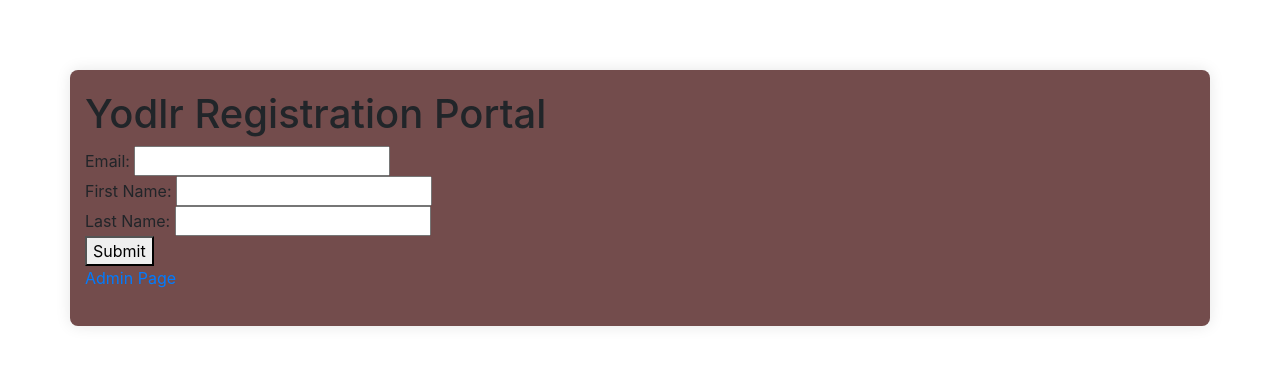
Repository: rmdayberry/yodlr-take-home
Page: public/signup.html
These files come from the project's save history. The page is drawn as it stood at one moment and after the next save; the edit follows.
The browser window is 1280 px wide. The pictures show the whole page.

Above is the page before, as saved 2024-10-09 08:47:39.

### public/signup.html
<!DOCTYPE html>
<html>
<head>
  <meta charset=utf-8>
  <title>Yodlr Registration Portal</title>
  <link rel="stylesheet" href="css/styles.css" />
  <link rel="stylesheet" href="css/signup.css" />
  <link rel="stylesheet" href="https://stackpath.bootstrapcdn.com/bootstrap/4.5.2/css/bootstrap.min.css" />

  <script src="https://code.jquery.com/jquery-3.6.0.min.js"></script>
    <script>$(document).ready(function() {
      $('form').on('submit', function(e){
        e.preventDefault();
        const email = $('input[name="email"]').val();
        const firstName= $('input[name="firstName"]').val();
        const lastName= $('input[name="lastName"]').val();

        //Post user data to server
        $.ajax({
          type: 'POST',
          url: 'http://localhost:3000/users',
          data: JSON.stringify({email: email, firstName: firstName, lastName: lastName}),
          contentType: 'application/json',
          success: function(response){
            alert('User registered sucessfully: ' + JSON.stringify(response));
            $('form')[0].reset(); //form clear
          },
          error: function(err) {
            alert('Error registering user: ' + err.responseJSON.message);
          }
        });
      });
    });
      </script>
</head>
<body>
  <div class="container">
  <h1>Yodlr Registration Portal</h1>
  <form>
    Email: <input type="email" name="email" required></br>
    First Name: <input type="text" name="firstName" required></br>
    Last Name: <input type="text" name="lastName" required></br>
    <button type="submit">Submit</button>
  </form>
  <p>
    <a href="/admin.html">Admin Page</a>
  </p>
</div>
</body>
</html>

### public/css/styles.css
@import url("https://fonts.googleapis.com/css2?family=Roboto:wght@400;500;700&display=swap");

body {
  font-family: "Roboto", sans-serif;
  background-color: #f8f9fa;
  padding: 20px;
}

### public/css/signup.css
.container {
  max-width: 500px;
  margin: 50px auto;
  padding: 20px;
  background-color: rgb(115, 76, 76);
  border-radius: 8px;
  box-shadow: 0px 0px 15px rgba(0, 0, 0, 0.1);
}

After the next save:
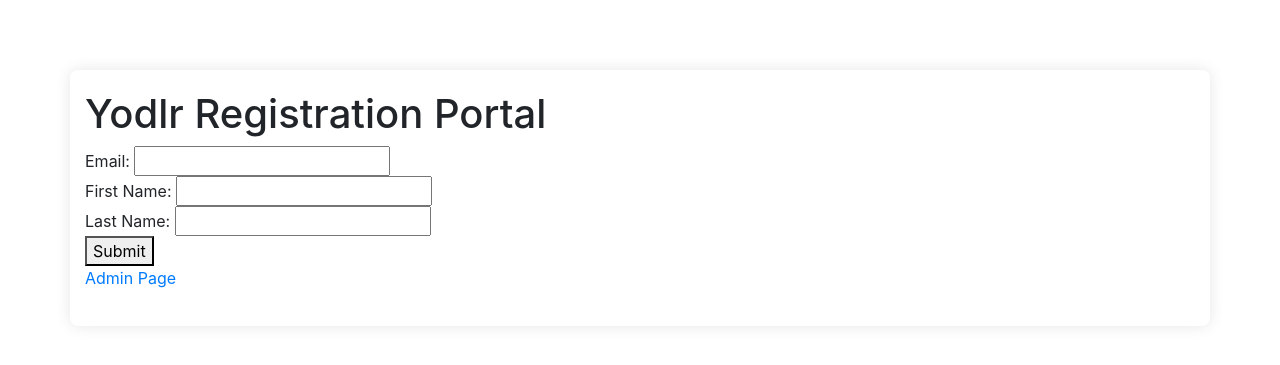
Saved 17 s later.
--- a/public/css/signup.css
+++ b/public/css/signup.css
@@ -2,7 +2,7 @@
   max-width: 500px;
   margin: 50px auto;
   padding: 20px;
-  background-color: rgb(115, 76, 76);
+  background-color: white;
   border-radius: 8px;
   box-shadow: 0px 0px 15px rgba(0, 0, 0, 0.1);
 }
